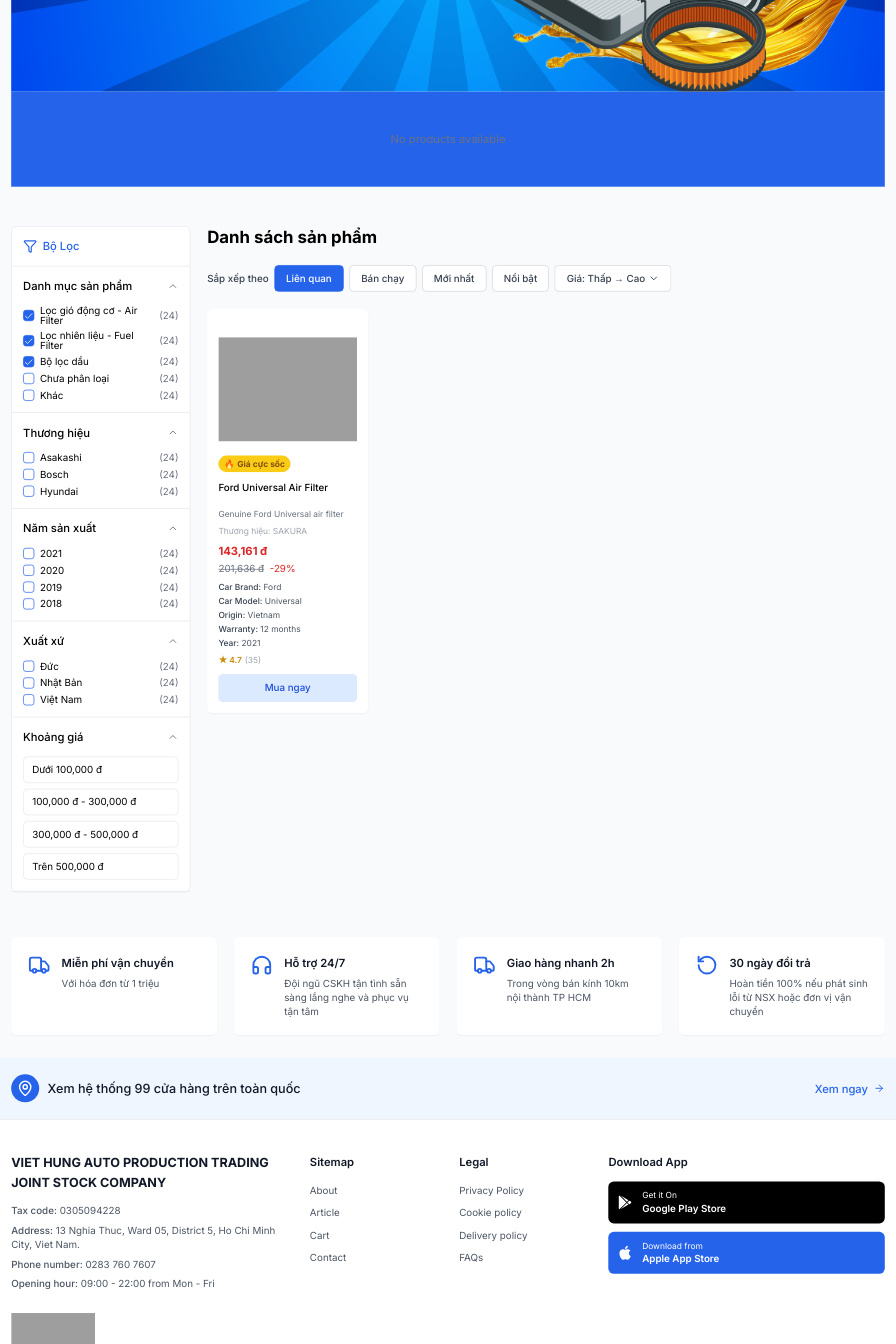
Repository: truonggiang2512/FristRound_Test
Page: /
These files come from the project's save history. The page is drawn as it stood at one moment and after the next save; the edit follows.
The browser window is 1280 px wide. The pictures show the part of the page from y = 584 to 2504 px (the page is 2699 px tall), at 70% of full size.
Pictures or frames that could not be fetched are drawn as grey boxes. The page's requests for data from a server got no answer. The project was rebuilt for these pictures with package versions that can differ from the ones it lists, and the page was loaded fresh each time. Some packages were replaced by stand-ins written for this rebuild. The framework's server and built-in components were replaced by stand-ins that run in the browser. No one was signed in, and anything a server would have sent is missing. Also part of the build but not shown: next.config.mjs, components/category-sidebar.tsx, components/category-grid.tsx, components/best-selling-section.tsx, components/mega-menu.tsx, components/cart-item.tsx, components/cart-dropdown.tsx, components/ui/label.tsx and 4 more.

Above is the page before, as saved 2025-05-25 13:06:22.

After the next save:
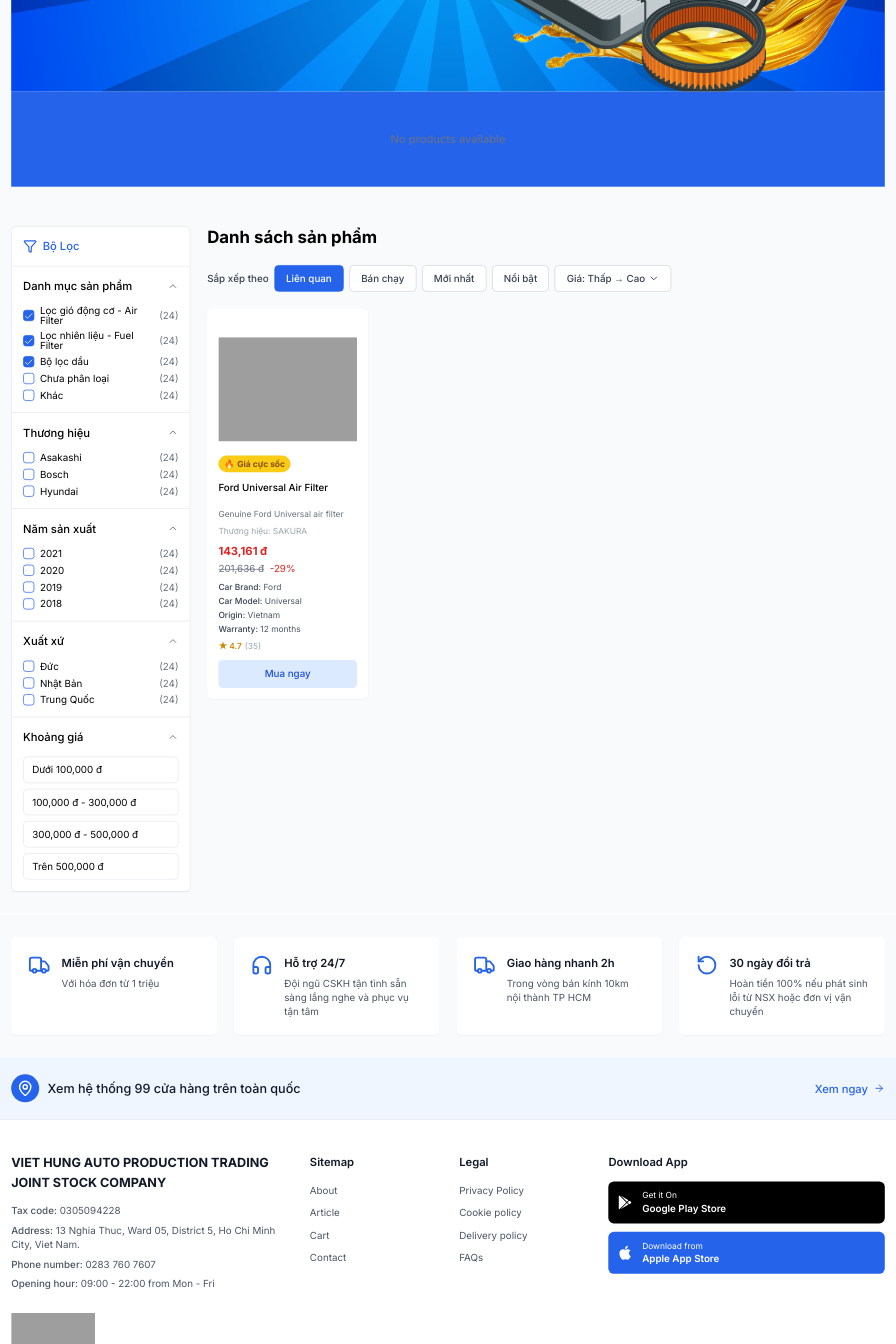
Saved 16 s later.
--- a/components/product-listing.tsx
+++ b/components/product-listing.tsx
@@ -1,9 +1,7 @@
-"use client"
 import { CategoryTabs } from "@/components/category-tabs"
 import { SortOptions } from "@/components/sort-options"
 import { FilterSidebar } from "@/components/filter-sidebar"
 import { ProductGrid } from "./product-grid"
-import { useState } from "react"
 
 // Sample data
 const categories = [
@@ -58,7 +56,7 @@
     options: [
       { id: "germany", label: "Đức", count: 24 },
       { id: "japan", label: "Nhật Bản", count: 24 },
-      { id: "Việt Nam", label: "Việt Nam", count: 24 },
+      { id: "korea", label: "Trung Quốc", count: 24 },
     ],
   },
 ]
@@ -83,10 +81,6 @@
     ratings: dbProduct.ratings,
     brand: dbProduct.brand,
     badge: dbProduct.isFeatured ? "Nổi bật" : undefined,
-    categoryId: dbProduct.categoryId,
-    tags: dbProduct.tags,
-    origin: dbProduct.attributes?.find((a: any) => a.name === "Origin")?.value,
-    year: dbProduct.attributes?.find((a: any) => a.name === "Year")?.value,
   }
 }
 
@@ -103,7 +97,7 @@
     comparePrice: 201636,
     stock: 62,
     images: ["/placeholder.svg?height=400&width=400"],
-    categoryId: "air-filter",
+    categoryId: "68328e9e6b7490884dc9afb0",
     brand: "SAKURA",
     weight: 1.5172273155247904,
     dimensions: {
@@ -116,8 +110,7 @@
       { name: "Car Brand", value: "Ford" },
       { name: "Car Model", value: "Universal" },
       { name: "Origin", value: "Vietnam" },
-      { name: "Warranty", value: "12 months" },
-      { name: "Year", value: "2021" },
+      { name: "Warranty", value: "12 months" }
     ],
     isActive: true,
     isFeatured: false,
@@ -130,99 +123,13 @@
 ]
 
 export function ProductListing() {
-  // Filter state
-  const [activeFilters, setActiveFilters] = useState<{ [groupId: string]: Set<string> }>({})
-  const [activePriceRange, setActivePriceRange] = useState<string | null>(null)
-
   const products = productsFromDB.map(mapProductFromDB)
-
-  // Filtering logic
-  const filteredProducts = products.filter((product) => {
-    // Category, brand, year, origin, tags, etc.
-    for (const group of filterGroups) {
-      const active = activeFilters[group.id]
-      if (active && active.size > 0) {
-        if (group.id === "categories" && !active.has(product.categoryId)) return false
-        if (group.id === "brands" && product.brand && !active.has(product.brand.toLowerCase())) return false
-        if (group.id === "year" && product.year && !active.has(product.year)) return false
-        if (group.id === "origin" && product.origin && !active.has(product.origin.toLowerCase())) return false
-      }
-    }
-    // Price range
-    if (activePriceRange) {
-      const range = priceRanges.find((r) => r.id === activePriceRange)
-      if (range) {
-        if (typeof range.min === "number" && product.price < range.min) return false
-        if (typeof range.max === "number" && product.price > range.max) return false
-      }
-    }
-    return true
-  })
-
-  // Handlers
-  const handleFilterChange = (groupId: string, optionId: string, checked: boolean) => {
-    setActiveFilters((prev) => {
-      const set = new Set(prev[groupId] || [])
-      if (checked) set.add(optionId)
-      else set.delete(optionId)
-      return { ...prev, [groupId]: set }
-    })
-  }
-  const handlePriceRangeChange = (rangeId: string) => {
-    setActivePriceRange(rangeId)
-  }
-  const handleClearFilters = () => {
-    setActiveFilters({})
-    setActivePriceRange(null)
-  }
-
-  // Active filter chips
-  const activeChips: { label: string; onRemove: () => void }[] = []
-  filterGroups.forEach((group) => {
-    const active = activeFilters[group.id]
-    if (active && active.size > 0) {
-      group.options.forEach((option) => {
-        if (active.has(option.id)) {
-          activeChips.push({
-            label: option.label,
-            onRemove: () => handleFilterChange(group.id, option.id, false),
-          })
-        }
-      })
-    }
-  })
-  if (activePriceRange) {
-    const range = priceRanges.find((r) => r.id === activePriceRange)
-    if (range) {
-      activeChips.push({
-        label: range.label,
-        onRemove: () => setActivePriceRange(null),
-      })
-    }
-  }
-
   return (
     <div className="container mx-auto px-4 py-8">
       <div className="flex flex-col lg:flex-row gap-6">
         {/* Filter sidebar */}
-        <div className="w-full lg:w-64 flex-shrink-0 lg:sticky lg:top-24 h-fit">
-          <FilterSidebar
-            filterGroups={filterGroups}
-            priceRanges={priceRanges}
-            onFilterChange={handleFilterChange}
-            onPriceRangeChange={handlePriceRangeChange}
-          />
-          {(activeChips.length > 0) && (
-            <div className="flex flex-wrap gap-2 mt-4">
-              {activeChips.map((chip, idx) => (
-                <span key={idx} className="bg-blue-100 text-blue-700 px-3 py-1 rounded-full text-xs flex items-center gap-1">
-                  {chip.label}
-                  <button onClick={chip.onRemove} className="ml-1 text-blue-500 hover:text-red-500">×</button>
-                </span>
-              ))}
-              <button onClick={handleClearFilters} className="ml-2 text-xs text-gray-500 underline hover:text-blue-600">Xóa tất cả</button>
-            </div>
-          )}
+        <div className="w-full lg:w-64 flex-shrink-0">
+          <FilterSidebar filterGroups={filterGroups} priceRanges={priceRanges} />
         </div>
         {/* Product listing */}
         <div className="flex-1">
@@ -234,7 +141,7 @@
             <SortOptions options={sortOptions} defaultOption="relevant" />
           </div>
           {/* Product grid */}
-          <ProductGrid products={filteredProducts} />
+          <ProductGrid products={products} />
         </div>
       </div>
     </div>
